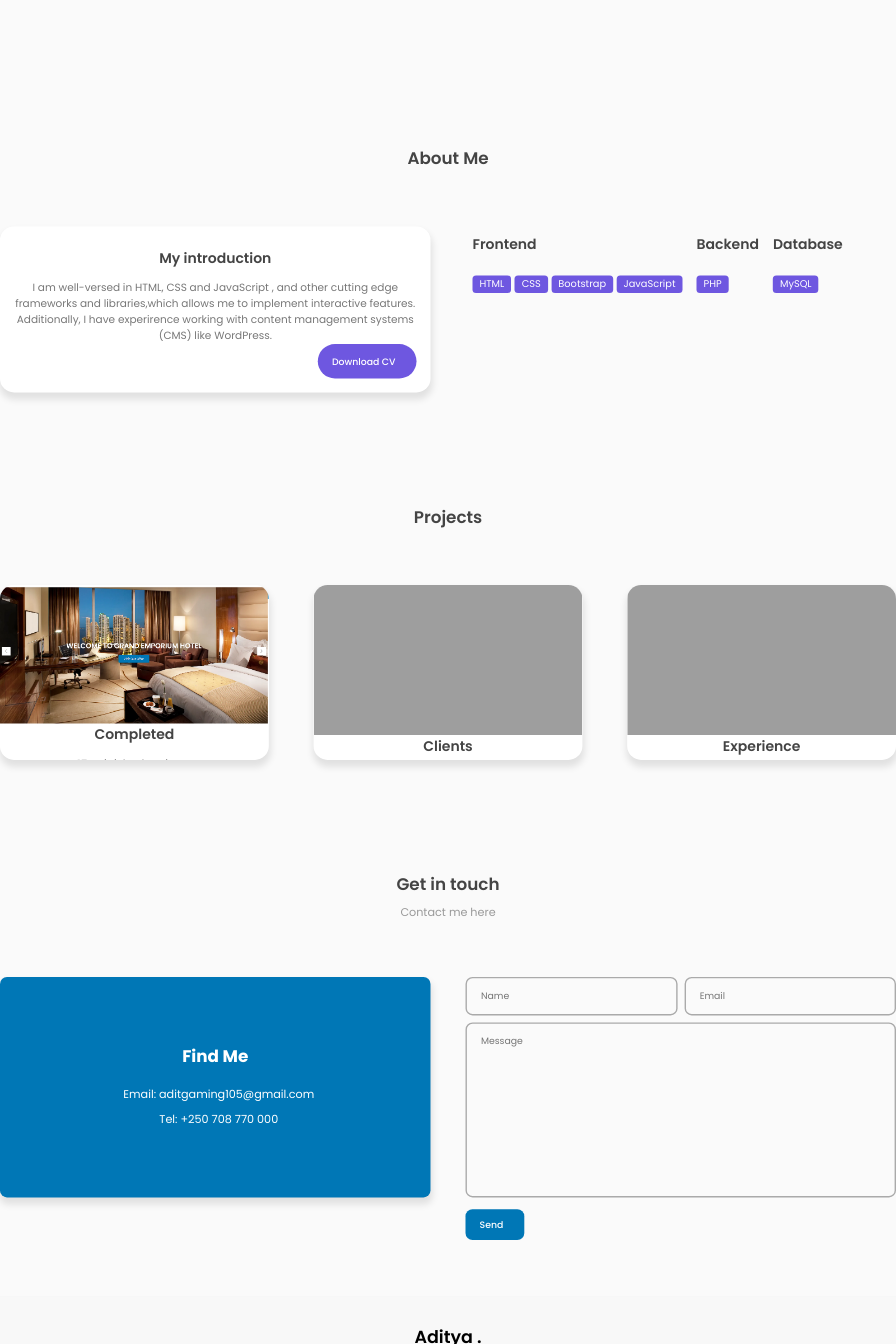
Repository: 4Kbrain/Portofolio
Page: index.html
An editor plug-in stored every save of this project. The page is shown before and after a run of saves, followed by the edit.
The browser window is 1280 px wide. The pictures show the part of the page from y = 591 to 2511 px (the page is 2767 px tall), at 70% of full size.
Pictures or frames that could not be fetched are drawn as grey boxes. Some icons come from a web library that is not loaded, so they are not drawn.

Above is the page before, as saved 2024-05-15 15:36:58.
Console error: ReferenceError: ScrollReveal is not defined

After the next 3 saves:
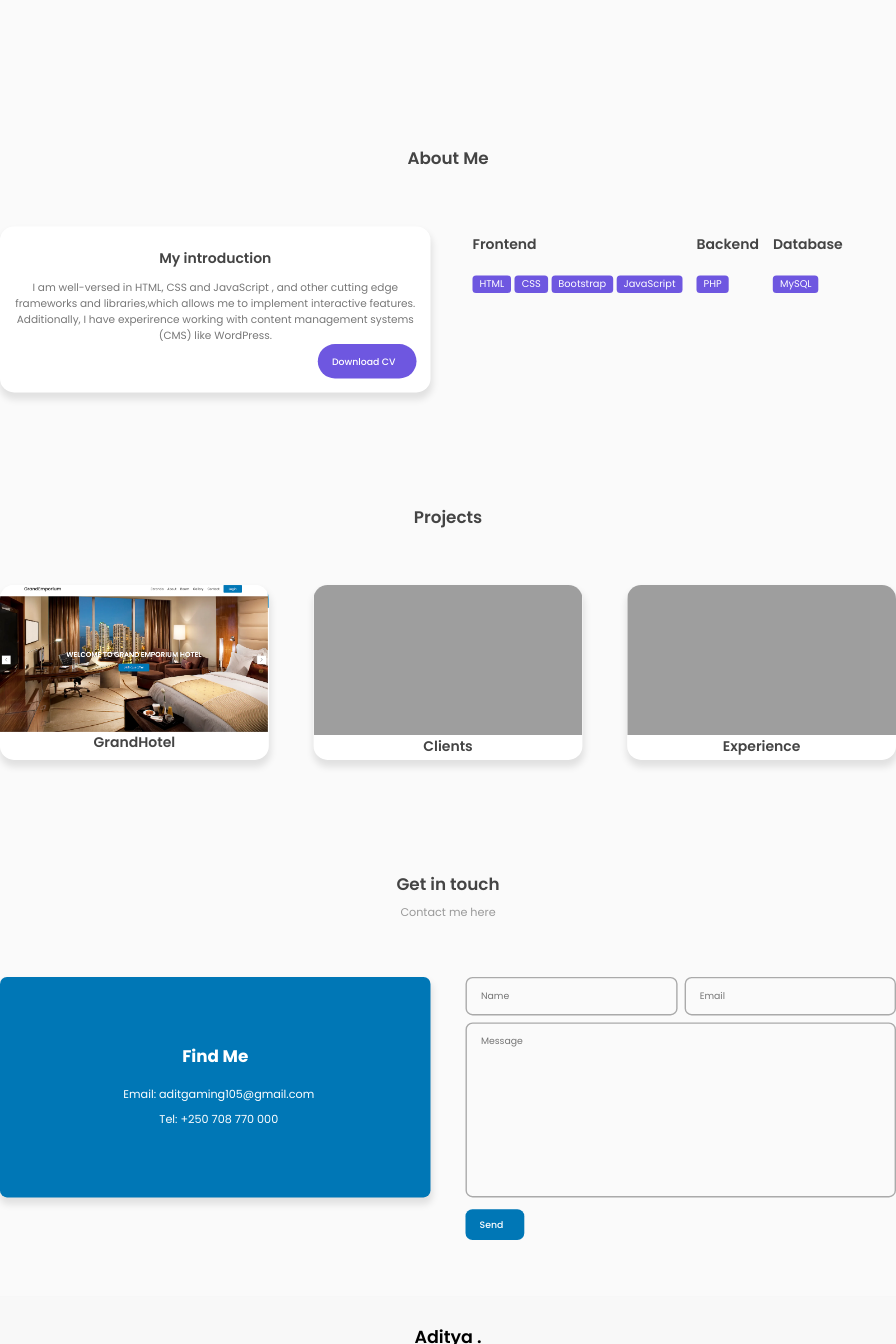
The 3 saves are shown as one change because they came seconds apart.
The last was saved 53 s later.
--- a/index.html
+++ b/index.html
@@ -153,8 +153,7 @@
         <div class="project-container">
             <div class="project-box">
                 <img src="assets/img/GrandHotel.png" alt="Project Image 1" class="project-image">
-                <h3>Completed</h3>
-                <label>15+ Finished Projects</label>
+                <h3>GrandHotel</h3>
             </div>
             <div class="project-box">
                 <img src="path/to/your/image2.jpg" alt="Project Image 2" class="project-image">
